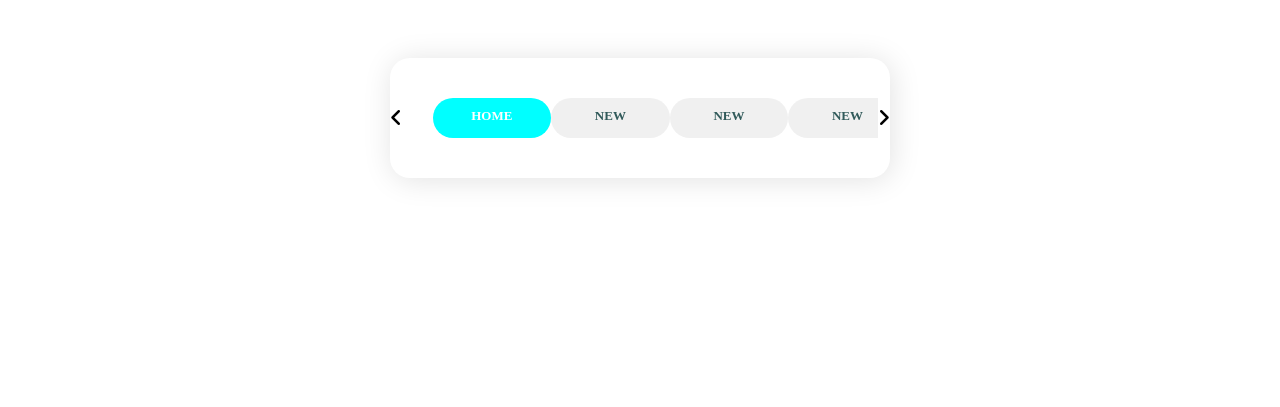
Repository: KHANHD192/JS_evondev
Page: eondev/tab_scroll/index.html
These files come from the project's save history. The page is drawn as it stood at one moment and after the next save; the edit follows.
The browser window is 1280 px wide. The pictures show the whole page.

Above is the page before, as saved 2023-05-30 21:12:38.

### eondev/tab_scroll/index.html
<!DOCTYPE html>
<html lang="en">
<head>
    <meta charset="UTF-8">
    <meta http-equiv="X-UA-Compatible" content="IE=edge">
    <meta name="viewport" content="width=device-width, initial-scale=1.0">
    <title>tab</title>
    <link rel="stylesheet" href="https://cdnjs.cloudflare.com/ajax/libs/font-awesome/6.4.0/css/all.min.css" integrity="sha512-iecdLmaskl7CVkqkXNQ/ZH/XLlvWZOJyj7Yy7tcenmpD1ypASozpmT/E0iPtmFIB46ZmdtAc9eNBvH0H/ZpiBw==" crossorigin="anonymous" referrerpolicy="no-referrer" />
    <style>

       html{
        box-sizing: border-box;
        font-size: 62.5%;
       }
       .tab_content {
         display: none;
       }
       .tab-item.active{
        background-color: aqua;
        color: white;

       }
       .tab-item{
        background-color: rgba(192, 192, 192, 0.24);
        color:rgb(49, 90, 90);
       }
       body{
        display: flex;
        justify-content: center;
        align-items: center;

       }
       .tab_container{
        margin-top:5rem;
        width: 50rem;
        height: 12rem;
        box-shadow: 2px 2px 3rem rgba(0, 0, 0, 0.116);
        /* border: 1px solid slategray; */
        position: relative;
        border-radius: 2rem;
        display: flex;
        justify-content: center;
        align-items:center;
       }
       .tab_list{
        width: 100%;
        margin-top: 2rem;
        overflow: auto;
        overflow: -moz-scrollbars-none;
        overflow: hidden;
      -ms-overflow-style: none;
       margin :auto;
       padding: 3rem;
       }
       .list_content{
        display: flex;
        width: 200%;
        white-space: nowrap;

       }
       .tab_list::-webkit-scrollbar {
         display: none;
}
 .fa-solid{
  font-size: 2rem;
 }
       .tab-item{
        user-select: none;
        width: 12rem;
        height: 3rem;
        border-radius: 999px;
        cursor: pointer;
        text-align: center;
        font-weight: bold;
        font-size: 1.3rem;
        padding-top: 1rem;
       }
       .tab_wrap{
        margin-top: 3rem;
         text-align: center;
       }
       .tab_content.active{
            display: block;
       }
    </style>
</head>
<body>
    <div class="tab_container">
      <i class="fa-solid fa-angle-left"></i>
        <div class="tab_list">
           <div class="list_content">
            <div class="tab-item active">HOME</div>
            <div class="tab-item ">NEW</div>
            <div class="tab-item ">NEW</div>
            <div class="tab-item ">NEW</div>
            <div class="tab-item ">ABOUT US</div>
            <div class="tab-item ">ABOUT US</div>
            <div class="tab-item ">ABOUT US</div>
           </div>
          </div>
          <i class="fa-solid fa-angle-right"></i>

    </div>
    <script src="./app.js"></script>
</body>
</html>

### eondev/tab_scroll/app.js
function click_sildeTab(){
   let button = document.querySelectorAll('.tab-item');
   let tab_list = document.querySelector('.tab_list');
   console.log(button);
   let ders = document.querySelectorAll('.tab_content');
   for(let i = 0 ; i < button.length ; i++){
      button[i].onclick = function(){
         // xử dụng kĩ thuật là css cứng cho 1 item đã active rồi khi click vào button khác thì chỉ việc xóa class active đó rồi gán vô class khác !

         let buttonCurrent = document.querySelector('.tab-item.active');
         buttonCurrent.classList.remove('active');
         button[i].classList.add('active');
             // bên trái so với parent chứa nó !
         let position = button[i].offsetLeft;
         console.log(position);
         tab_list.scroll(position/2,0);
         }
   }

}
click_sildeTab();

After the next save:
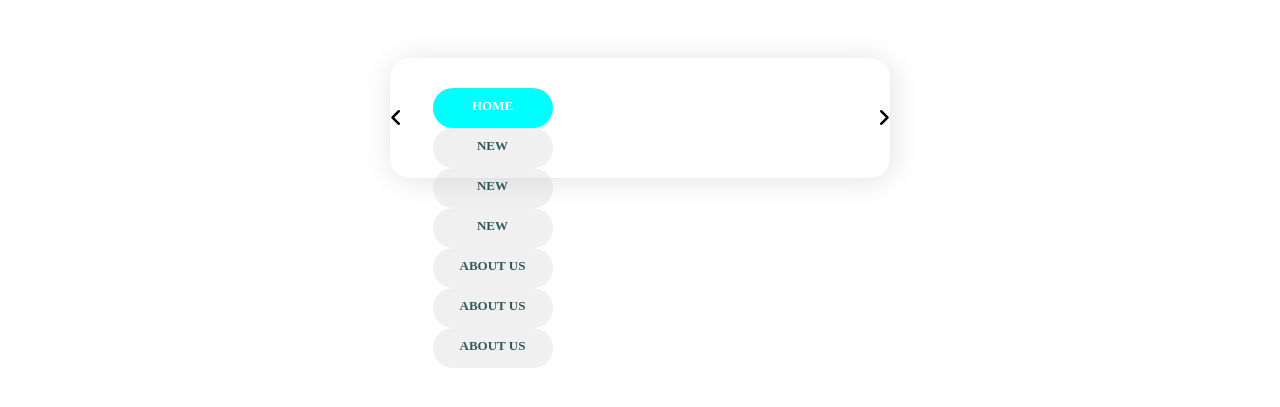
Saved 10 min 52 s later.
--- a/eondev/tab_scroll/index.html
+++ b/eondev/tab_scroll/index.html
@@ -89,13 +89,15 @@
       <i class="fa-solid fa-angle-left"></i>
         <div class="tab_list">
            <div class="list_content">
-            <div class="tab-item active">HOME</div>
-            <div class="tab-item ">NEW</div>
-            <div class="tab-item ">NEW</div>
-            <div class="tab-item ">NEW</div>
-            <div class="tab-item ">ABOUT US</div>
-            <div class="tab-item ">ABOUT US</div>
-            <div class="tab-item ">ABOUT US</div>
+               <div class="list">
+                <div class="tab-item active">HOME</div>
+                <div class="tab-item ">NEW</div>
+                <div class="tab-item ">NEW</div>
+                <div class="tab-item ">NEW</div>
+                <div class="tab-item ">ABOUT US</div>
+                <div class="tab-item ">ABOUT US</div>
+                <div class="tab-item ">ABOUT US</div>
+               </div>
            </div>
           </div>
           <i class="fa-solid fa-angle-right"></i>

After the save that followed:
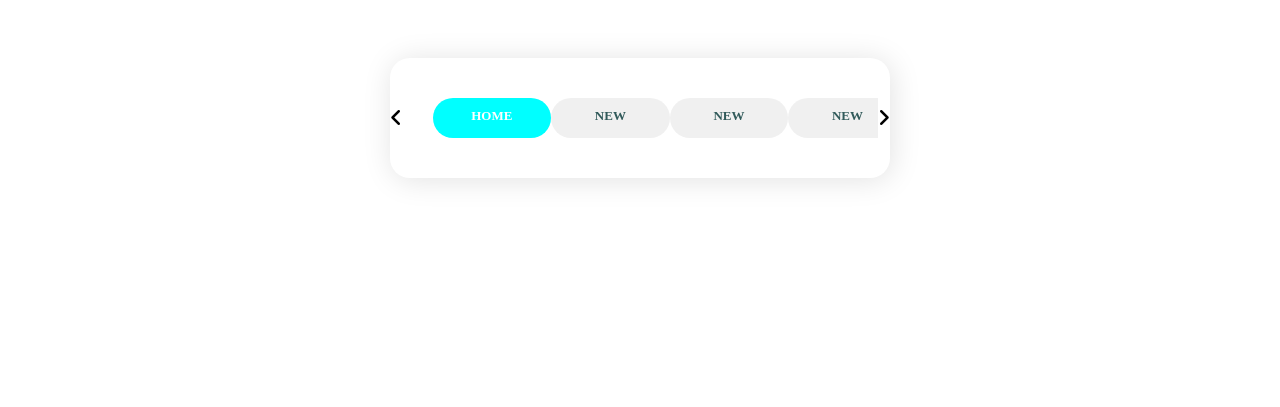
Saved 23 s later.
--- a/eondev/tab_scroll/index.html
+++ b/eondev/tab_scroll/index.html
@@ -52,7 +52,7 @@
        margin :auto;
        padding: 3rem;
        }
-       .list_content{
+       .list{
         display: flex;
         width: 200%;
         white-space: nowrap;
